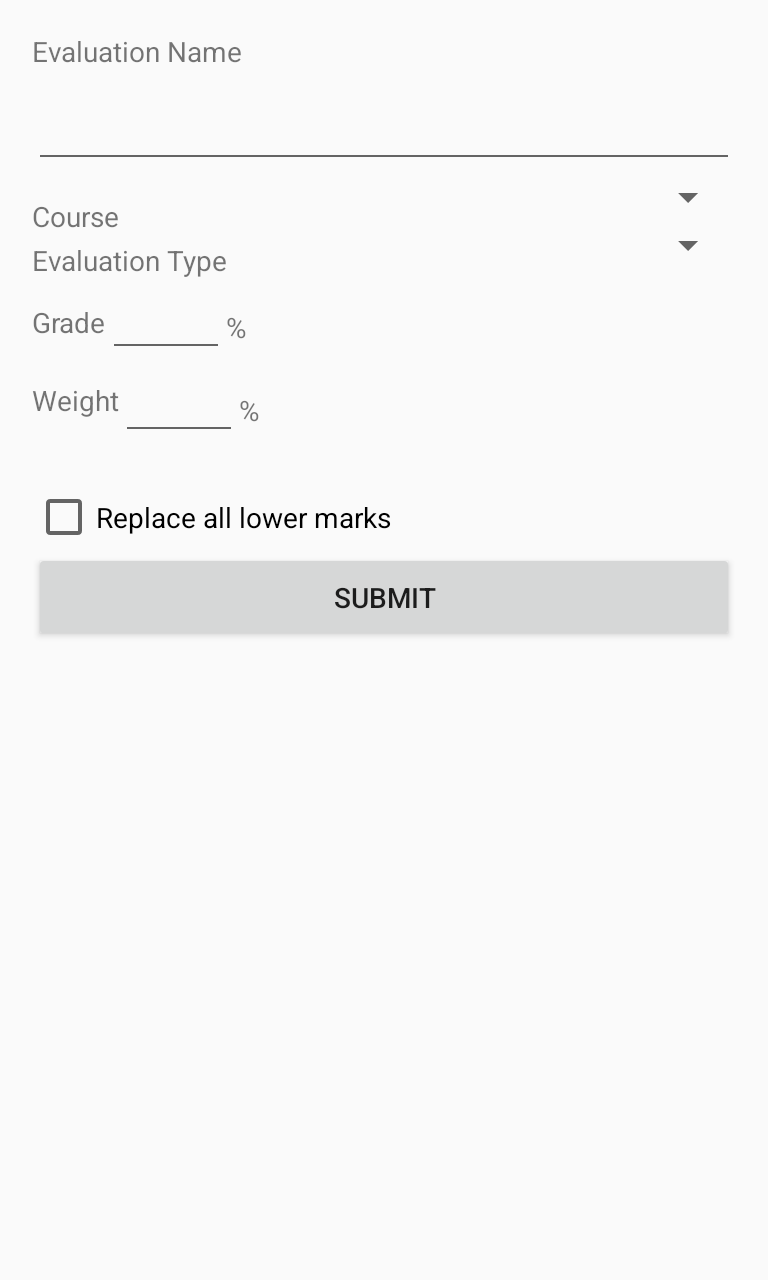
Repository: Tenergy05/GradePlanner
Layout: GradePlanner/res/layout/activity_add_mark.xml
An editor plug-in stored every save of this project. The layout is shown before and after the next save, followed by the edit.
It is drawn on a 768 x 1280 px phone screen (xhdpi) without system bars, with theme AppTheme; the app's code is not run.

Above is the layout before, as saved 2014-12-30 22:09:37.

### GradePlanner/res/layout/activity_add_mark.xml
<RelativeLayout xmlns:android="http://schemas.android.com/apk/res/android"
    xmlns:tools="http://schemas.android.com/tools"
    android:layout_width="match_parent"
    android:layout_height="match_parent"
    android:paddingBottom="@dimen/activity_vertical_margin"
    android:paddingLeft="@dimen/activity_horizontal_margin"
    android:paddingRight="@dimen/activity_horizontal_margin"
    android:paddingTop="@dimen/activity_vertical_margin"
    tools:context="com.example.gradeplanner.AddMarkActivity" >

    <TextView
        android:id="@+id/textView1"
        android:layout_width="wrap_content"
        android:layout_height="wrap_content"
        android:text="@string/eval_name" />

    <EditText
        android:id="@+id/editText1"
        android:layout_width="wrap_content"
        android:layout_height="wrap_content"
        android:layout_alignLeft="@+id/textView1"
        android:layout_alignParentRight="true"
        android:layout_below="@+id/textView1"
        android:layout_marginTop="10dp"
        android:inputType="text"
        android:ems="10" />

    <TextView
        android:id="@+id/textView2"
        android:layout_width="wrap_content"
        android:layout_height="wrap_content"
        android:layout_alignLeft="@+id/editText1"
        android:layout_below="@+id/editText1"
        android:layout_marginTop="12dp"
        android:text="@string/course" />

    <Spinner
        android:id="@+id/spinner1"
        android:layout_width="wrap_content"
        android:layout_height="wrap_content"
        android:layout_alignRight="@+id/editText1"
        android:layout_below="@+id/editText1"
        android:layout_toRightOf="@+id/textView2" />

    <TextView
        android:id="@+id/textView3"
        android:layout_width="wrap_content"
        android:layout_height="wrap_content"
        android:layout_alignLeft="@+id/textView2"
        android:layout_below="@+id/spinner1"
        android:layout_marginTop="10dp"
        android:text="@string/eval_type" />

    <Spinner
        android:id="@+id/spinner2"
        android:layout_width="wrap_content"
        android:layout_height="wrap_content"
        android:layout_alignParentRight="true"
        android:layout_toRightOf="@+id/textView3"
        android:layout_below="@+id/spinner1"/>

    <TextView
        android:id="@+id/textView4"
        android:layout_width="wrap_content"
        android:layout_height="wrap_content"
        android:layout_alignLeft="@+id/textView3"
        android:layout_below="@+id/textView3"
        android:layout_marginTop="12dp"
        android:text="@string/grade" />

    <EditText
        android:id="@+id/editText2"
        android:width="60dp"
        android:layout_width="wrap_content"
        android:layout_height="wrap_content"
        android:layout_toRightOf="@+id/textView4"
        android:layout_below="@+id/textView3"
        android:ems="10"
        android:maxLength="3"
        android:inputType="number" />

    <TextView
        android:id="@+id/textView6"
        android:layout_width="wrap_content"
        android:layout_height="wrap_content"
        android:layout_alignBaseline="@+id/editText2"
        android:layout_alignBottom="@+id/editText2"
        android:layout_toRightOf="@+id/editText2"
        android:text="@string/percentage" />

    <TextView
        android:id="@+id/textView5"
        android:layout_width="wrap_content"
        android:layout_height="wrap_content"
        android:layout_alignLeft="@+id/textView4"
        android:layout_below="@+id/textView4"
        android:layout_marginTop="20dp"
        android:text="@string/weight" />

    <EditText
        android:id="@+id/editText3"
        android:layout_width="wrap_content"
        android:layout_height="wrap_content"
        android:layout_below="@+id/editText2"
        android:layout_toRightOf="@+id/textView5"
        android:width="60dp"
        android:maxLength="3"
        android:ems="10"
        android:inputType="number" />


    <TextView
        android:id="@+id/textView7"
        android:layout_width="wrap_content"
        android:layout_height="wrap_content"
        android:layout_alignBaseline="@+id/editText3"
        android:layout_alignBottom="@+id/editText3"
        android:layout_toRightOf="@+id/editText3"
        android:text="@string/percentage" />


    <CheckBox
        android:id="@+id/checkBox1"
        android:layout_width="wrap_content"
        android:layout_height="wrap_content"
        android:layout_alignLeft="@+id/textView5"
        android:layout_below="@+id/editText3"
        android:layout_marginTop="20dp"
        android:text="@string/special_type" />

    <Button
        android:id="@+id/button1"
        android:layout_width="wrap_content"
        android:layout_height="wrap_content"
        android:layout_alignParentLeft="true"
        android:layout_alignParentRight="true"
        android:layout_below="@+id/checkBox1"
        android:text="@string/submit" />


</RelativeLayout>

### GradePlanner/res/values/strings.xml
<?xml version="1.0" encoding="utf-8"?>
<resources>

    <string name="app_name">Grade Planner</string>
    <string name="add_course">Add Course</string>
    <string name="course">Course</string>
    <string name="grade">Grade</string>
    <string name="goal">Goal</string>
    <string name="weight">Weight</string>
    <string name="action_settings">Settings</string>
    <string name="title_activity_add_course">Add Course</string>
    <string name="course_code">Course Code</string>
    <string name="grade_goal">Course Goal</string>
    <string name="add_mark">Add Mark</string>
    <string name="percentage">%</string>
    <string name="submit">Submit</string>
    <string name="title_activity_add_mark">Add Mark</string>
    <string name="eval_name">Evaluation Name</string>
    <string name="eval_type">Evaluation Type</string>
    <string name="special_type">Replace all lower marks</string>

</resources>

Loaded but not shown: GradePlanner/res/values/styles.xml (common file); GradePlanner/res/values-v11/styles.xml (common file); GradePlanner/res/values-v14/styles.xml (common file); GradePlanner/res/values/dimens.xml (common file); GradePlanner/res/values-w820dp/dimens.xml (common file)

After the next save:
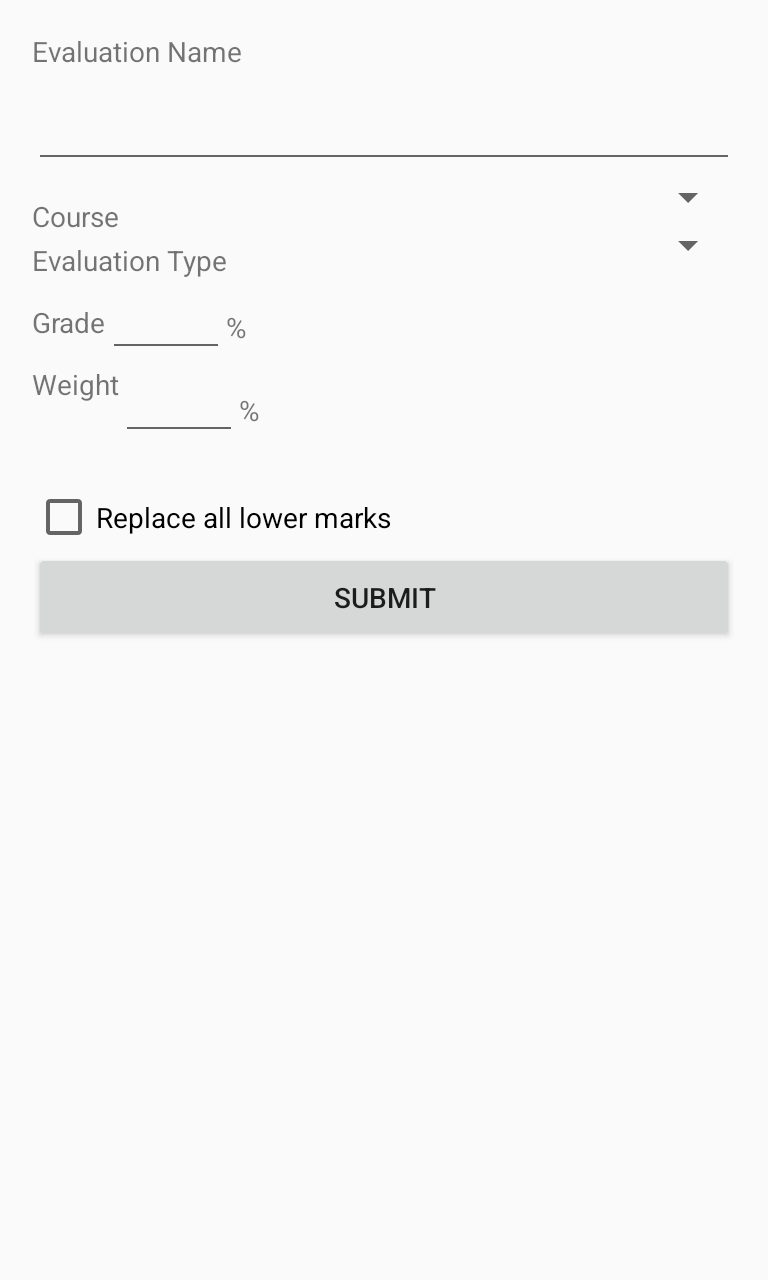
Saved 31 s later.
--- a/GradePlanner/res/layout/activity_add_mark.xml
+++ b/GradePlanner/res/layout/activity_add_mark.xml
@@ -94,7 +94,7 @@
         android:layout_height="wrap_content"
         android:layout_alignLeft="@+id/textView4"
         android:layout_below="@+id/textView4"
-        android:layout_marginTop="20dp"
+        android:layout_marginTop="12dp"
         android:text="@string/weight" />
 
     <EditText
